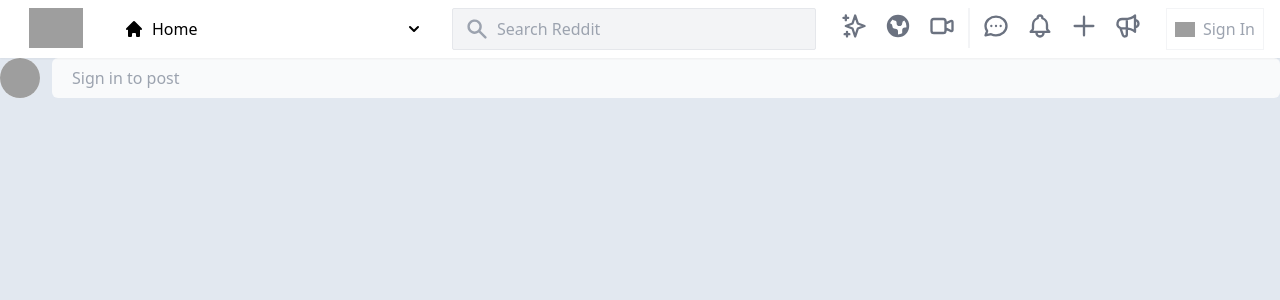
Repository: Scripter-Automation/reditclone
Page: /
The author's editor kept a copy of each file at every save. The page is drawn from the files as they stood at one save, then again after the next save.
The browser window is 1280 px wide. The pictures show the whole page.
Pictures or frames that could not be fetched are drawn as grey boxes. The page's requests for data from a server got no answer. The project was rebuilt for these pictures with package versions that can differ from the ones it lists, and the page was loaded fresh each time. A package was used in the major version that the imports need, not the one package.json lists. The framework's server and built-in components were replaced by stand-ins that run in the browser. No one was signed in, and anything a server would have sent is missing. Also part of the build but not shown: next.config.js.

Above is the page before, as saved 2022-05-27 18:33:35.

After the next save:
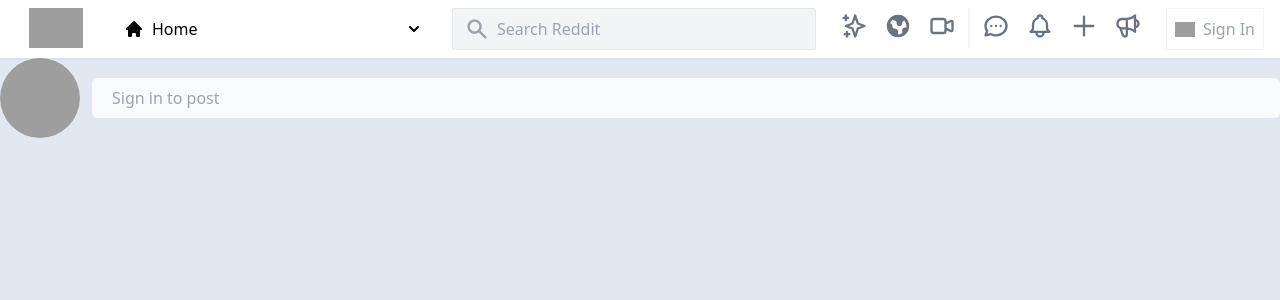
Saved 16 s later.
--- a/components/PostBox.tsx
+++ b/components/PostBox.tsx
@@ -8,7 +8,7 @@
   return (
     <form>
         <div className='flex items-center space-x-3'>
-            <Avatar></Avatar>
+            <Avatar large></Avatar>
 
             <input
                 disabled={!session}

After the save that followed:
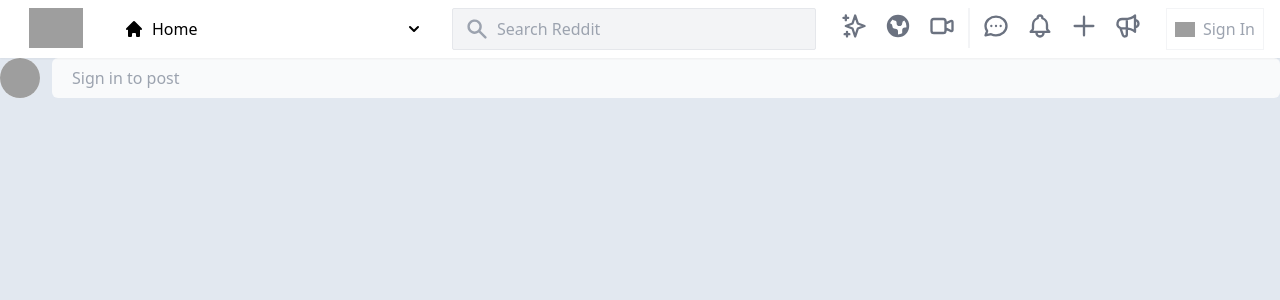
Saved 6 s later.
--- a/components/PostBox.tsx
+++ b/components/PostBox.tsx
@@ -8,7 +8,7 @@
   return (
     <form>
         <div className='flex items-center space-x-3'>
-            <Avatar large></Avatar>
+            <Avatar></Avatar>
 
             <input
                 disabled={!session}
